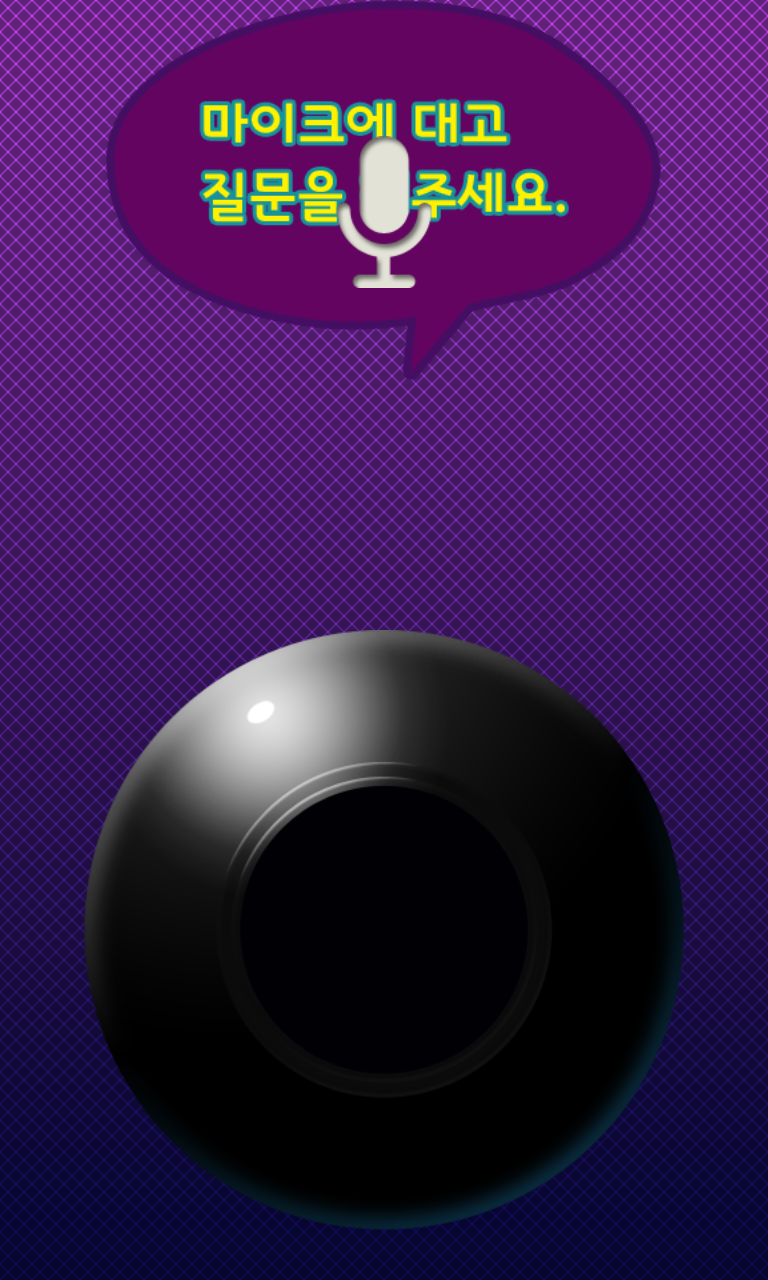
Repository: LimHeeJho/masicBall
Layout: MagicBall/res/layout/activity_main.xml
These files come from the project's save history. The layout is drawn as it stood at one moment and after the next save; the edit follows.
It is drawn on a 768 x 1280 px phone screen (xhdpi) without system bars, with theme AppTheme; the app's code is not run.

Above is the layout before, as saved 2013-07-17 07:41:32.

### MagicBall/res/layout/activity_main.xml
<RelativeLayout xmlns:android="http://schemas.android.com/apk/res/android"
    xmlns:tools="http://schemas.android.com/tools"
    android:layout_width="fill_parent"
    android:layout_height="fill_parent"
    tools:context=".MainActivity" >

    <RelativeLayout
        android:layout_width="fill_parent"
        android:layout_height="fill_parent"
        android:layout_alignParentLeft="true"
        android:layout_alignParentTop="true"
        android:background="@drawable/background" >

        <ImageView
            android:id="@+id/ball"
            android:layout_width="wrap_content"
            android:layout_height="wrap_content"
            android:layout_alignParentBottom="true"
            android:layout_centerHorizontal="true"
            android:layout_marginBottom="25dp"
            android:src="@drawable/ball" />

        <ImageView
            android:id="@+id/guide1"
            android:layout_width="wrap_content"
            android:layout_height="wrap_content"
            android:layout_alignParentTop="true"
            android:layout_centerHorizontal="true"
            android:src="@drawable/guide_mod" />

        <ImageView
            android:id="@+id/mic"
            android:layout_width="wrap_content"
            android:layout_height="wrap_content"
            android:layout_below="@+id/guide"
            android:layout_centerHorizontal="true"
            android:layout_marginTop="68dp"
            android:src="@drawable/mic" />

    </RelativeLayout>

</RelativeLayout>

Loaded but not shown: MagicBall/res/values/styles.xml (common file); MagicBall/res/values-v11/styles.xml (common file); MagicBall/res/values-v14/styles.xml (common file)

After the next save:
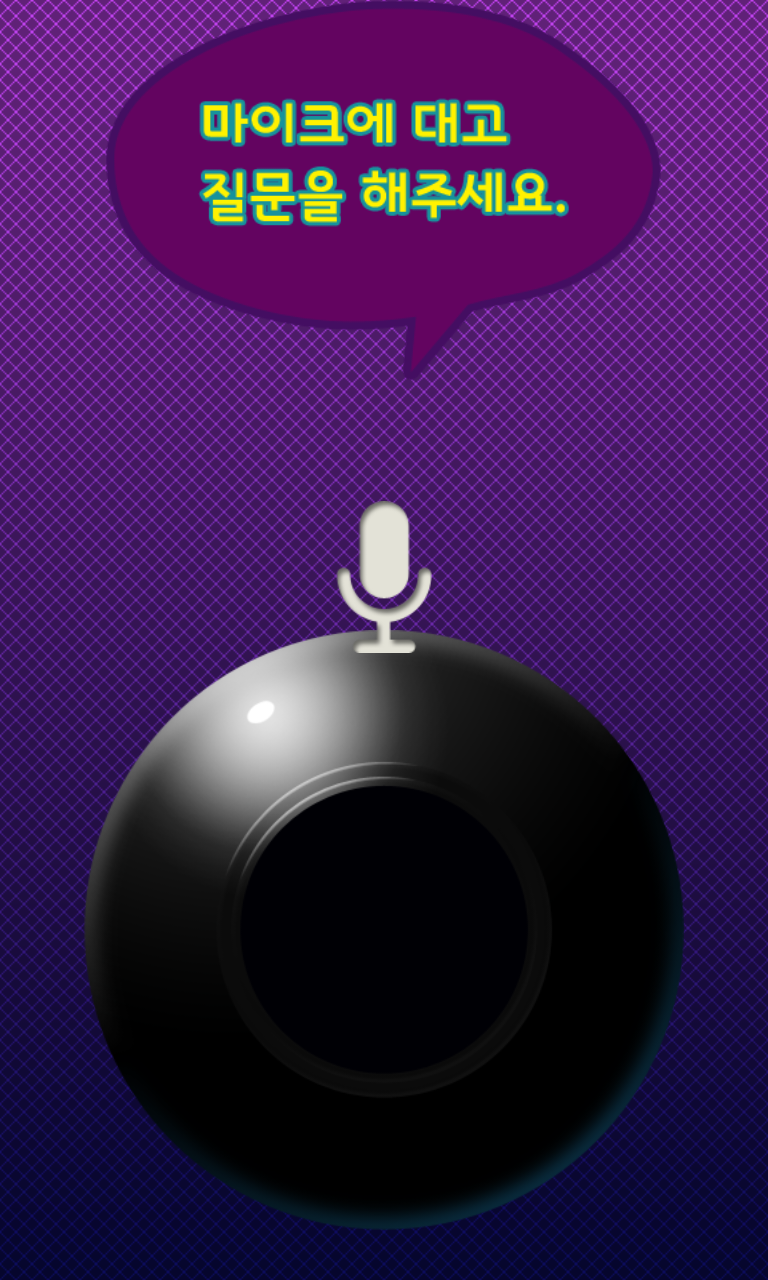
Saved 30 s later.
--- a/MagicBall/res/layout/activity_main.xml
+++ b/MagicBall/res/layout/activity_main.xml
@@ -32,9 +32,9 @@
             android:id="@+id/mic"
             android:layout_width="wrap_content"
             android:layout_height="wrap_content"
-            android:layout_below="@+id/guide"
+            android:layout_below="@+id/guide1"
             android:layout_centerHorizontal="true"
-            android:layout_marginTop="68dp"
+            android:layout_marginTop="60dp"
             android:src="@drawable/mic" />
 
     </RelativeLayout>
